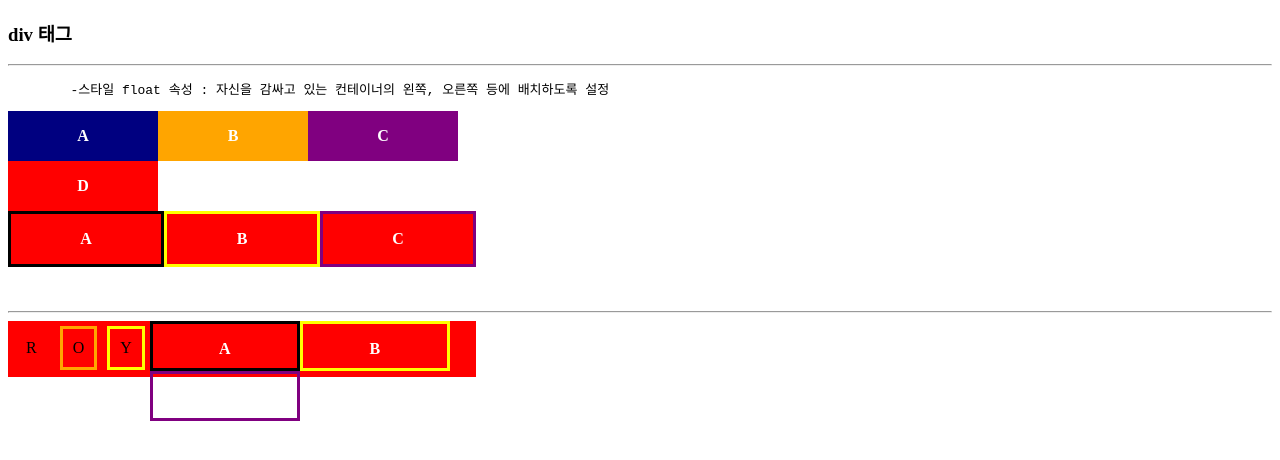
Repository: marudaga/html-css-lecture
Page: work/study/src/main/webapp/htmlEx/ch03/ex06.html
An editor plug-in stored every save of this project. The page is shown before and after the next save, followed by the edit.
The browser window is 1280 px wide. The pictures show the whole page.

Above is the page before, as saved 2022-09-06 08:29:09.

### work/study/src/main/webapp/htmlEx/ch03/ex06.html
<!DOCTYPE html>
<html>
<head>
<meta charset="UTF-8">
<title>Insert title here</title>

<style type = "text/css">
.box{/*line-height: 줄간격 */
	width: 150px;height: 50px; line-height: 50px; text-align: center;
	font-weight : 600;
	color: white;
}

</style>
</head>
<body>
<h3> div 태그</h3>
<hr>
<pre>
	-스타일 float 속성 : 자신을 감싸고 있는 컨테이너의 왼쪽, 오른쪽 등에 배치하도록 설정
</pre>

<div>
	<div class="box" style="background: navy; float: left;">A</div>
	<div class="box" style="background: orange;float: left;">B</div>
	<div class="box" style="background: purple; float: left;">C</div>
</div>
<!-- 위 float :left;로 인하여 아래 D는 사라짐 -->
<!-- clear:both; : 가장 가까운 float속성해제 -->
<div class="box" style="background: red; clear:both;">D</div>

<div style="background: red; height: 56px; width: 468px;">
	<!--  하나의 div폭 : width+ border(좌) + border(우) = 150 +3+3 -->
	<div class="box" style="float: left; border: 3px  solid black; " >A</div>
	<div class="box" style="float: left; border: 3px  solid yellow;" >B</div>
	<div class="box" style="float: left; border: 3px  solid purple;" >C</div>
</div>
<div style="clear: both;"></div>
<br><br>
<hr>
<!--  하나의 div 폭 : width + border (좌) +border(우) + padding(좌우) + margin(좌우) -->
<div style="float: left; border: 3px solid red; color: black; padding: 10px; margin: 5px;">R</div>
<div style="float: left; border: 3px solid orange; color: black; padding: 10px; margin: 5px;">O</div>
<div style="float: left; border: 3px solid yellow; color: black; padding: 10px; margin: 5px;">Y</div>


<div style="background: red; height: 56px; width: 468px;">
	<!--  하나의 div폭 : width+ border(좌) + border(우) = 150 +3+3 -->
	<div class="box" style="box-sizing : border-box;  float: left; border: 3px  solid black; " >A</div>
	<div class="box" style="box-sizing : border-box; float: left; border: 3px  solid yellow;" >B</div>
	<div class="box" style="box-sizing : border-box; float: left; border: 3px  solid purple;" >C</div>
</div>
</body>
</html>

After the next save:
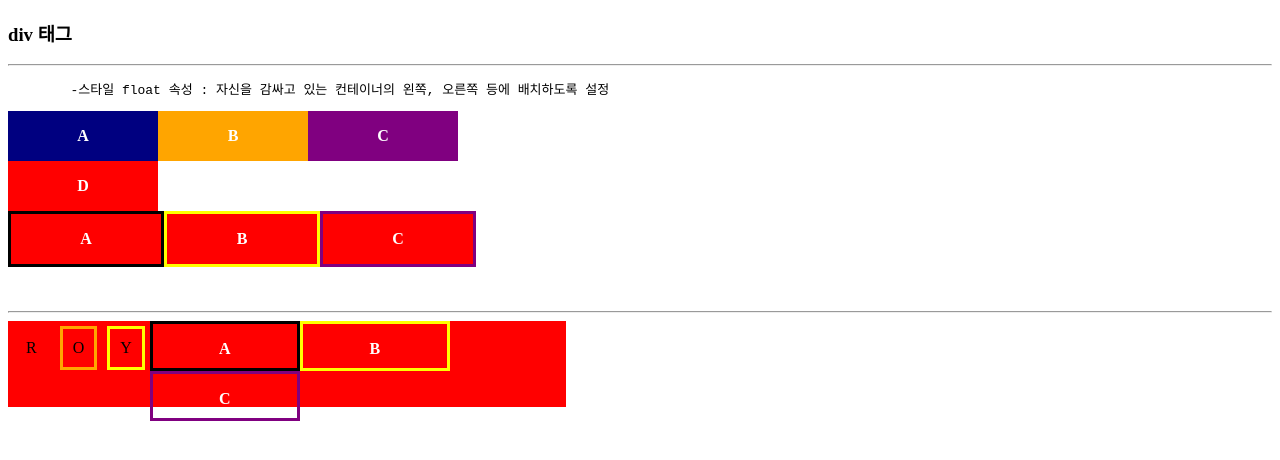
Saved 23 s later.
--- a/work/study/src/main/webapp/htmlEx/ch03/ex06.html
+++ b/work/study/src/main/webapp/htmlEx/ch03/ex06.html
@@ -44,7 +44,7 @@
 <div style="float: left; border: 3px solid yellow; color: black; padding: 10px; margin: 5px;">Y</div>
 
 
-<div style="background: red; height: 56px; width: 468px;">
+<div style="background: red; height: 86px; width: 558px;">
 	<!--  하나의 div폭 : width+ border(좌) + border(우) = 150 +3+3 -->
 	<div class="box" style="box-sizing : border-box;  float: left; border: 3px  solid black; " >A</div>
 	<div class="box" style="box-sizing : border-box; float: left; border: 3px  solid yellow;" >B</div>
